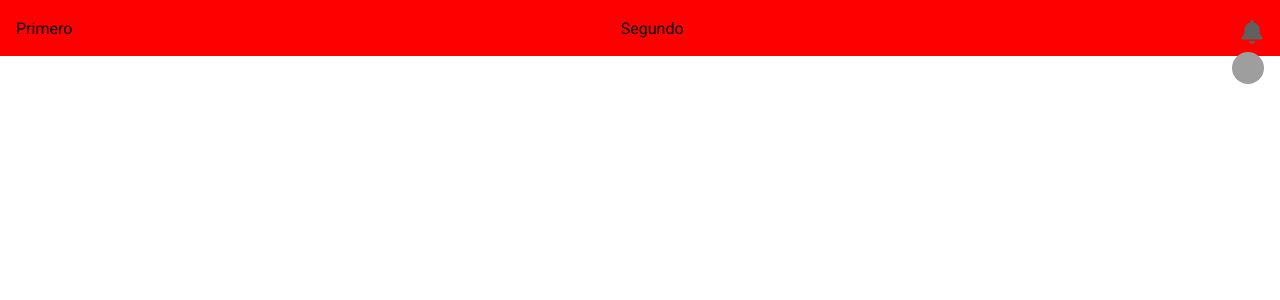
Repository: RobertAries28/ClonYoutube
Page: index.html
An editor plug-in stored every save of this project. The page is shown before and after the next save, followed by the edit.
The browser window is 1280 px wide. The pictures show the whole page.
Pictures or frames that could not be fetched are drawn as grey boxes. Some web libraries are served in a nearby version.

Above is the page before, as saved 2021-08-28 11:03:45.

### index.html
<!DOCTYPE html>
<html lang="en">
<head>
    <meta charset="UTF-8">
    <meta http-equiv="X-UA-Compatible" content="IE=edge">
    <meta name="viewport" content="width=device-width, initial-scale=1.0">
    <link rel="stylesheet" href="style.css">
    <link rel="stylesheet" href="https://use.fontawesome.com/releases/v5.8.1/css/all.css" integrity="sha384-50oBUHEmvpQ+1lW4y57PTFmhCaXp0ML5d60M1M7uH2+nqUivzIebhndOJK28anvf" crossorigin="anonymous">


    <title>Document</title>
</head>
<body>
   <header class="main-header">
       <div>Primero</div>
       <div>Segundo</div>
       <div>
           <div class="user-avatar">
               <button class=" action-button fas fa-bell"></button>
               <img class="image" src="https://i.pinimg.com/280x280_RS/7d/d0/f4/7dd0f465ad261b24bc09a1508da78cc1.jpg" alt="">
           </div>
       </div>
   </header>
</body>
</html>

### style.css

@import url('https://fonts.googleapis.com/css2?family=Roboto:wght@400;500&display=swap');

*{
    margin:  0;
    padding: 0;
    box-sizing: border-box;
}

 /* variables globales */

:root{
    /* colores*/
    --accent-color: #ff0000;
    --grey-color: #909090;
    --grey-color-alt: #CCC;
    --border-color: rgba(0,0,0,0.1);

    /*colores de fondo*/
    --bg-color: #fff;
     --bgcolor-alt: #f9f9f9;
     --bg-color-active: #e5e5e5;

     /*colores de texto*/

     --text-color: #030303;
     --text-color-alt: #606060;
     --text-color-white: #fff;

  /* fuentes */
     --body-font : 'Roboto',sans-serif;


     /* Tamaño de texto*/
--big-font-size: 1.125rem;
--normal-font-size: 1rem;
--small-font-size: 0.875rem;
--smaller-font-size: 0.75rem;
--font-bold: 500;

/* otros*/
  --header-height: 56px;
  --z-tooltip: 25;
  --z-fixed: 100;
}



body{
    font-family: var(--body-font);
}

h1,h2,h3,h4,h5,h6,b{
    font-weight: var(--font-bold);
}

button{

}

img{
    width: 100%;
}

/******------cabecera principal -----***/

.main-header{
    height: var(--header-height);
    background: red;
    display: flex;
    justify-content: space-between;
    padding: 0 1rem;
    align-items: center;
    position: fixed;
    width: 100%;
    left: 0;
    top: 0;
    z-index: var(--z-fixed);

}



/*----Avatar del usuario----*/
.user-avatar{
    --size: 2rem;
    width:  var(--size);
    height: var(--size);
    cursor: pointer;
    flex: none;
}

.user-avatar .image{
    width: 100%;
    height: 100%;
    object-fit: cover;
    border-radius: 50%;
}


/* Botones de accion **/
.action-button{
    --size: 2.5rem;
    height: var(--size);
    width: var(--size);
    border-radius: 50%;
    border: 1px solid transparent;
    background: none;
}

.action-button::before{
    color: var(--text-color-alt);
    font-size: 1.5rem;
}

.action-button:active{
    background-color: var(--bg-color-active) ;
}

After the next save:
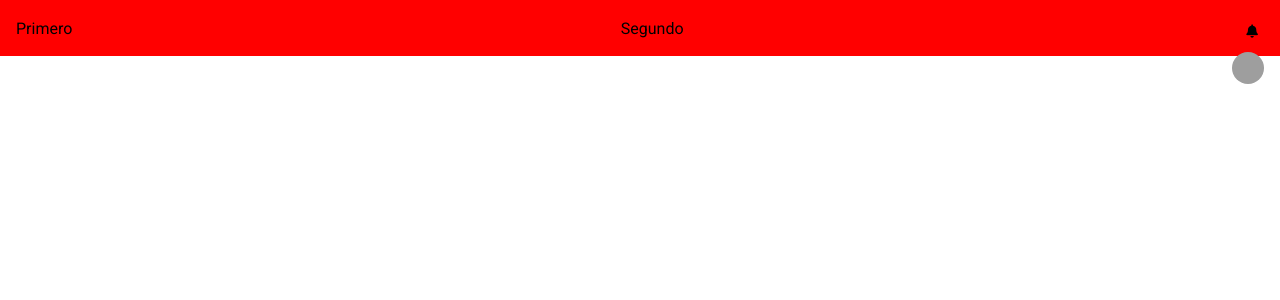
Saved 12 min 36 s later.
--- a/style.css
+++ b/style.css
@@ -106,7 +106,7 @@
     border-radius: 50%;
     border: 1px solid transparent;
     background: none;
-}
+    transition: border-color 0.25s;
 
 .action-button::before{
     color: var(--text-color-alt);
@@ -115,4 +115,5 @@
 
 .action-button:active{
     background-color: var(--bg-color-active) ;
+    border-color: 1px solid var(--bg-color-active);
 }

After the save that followed:
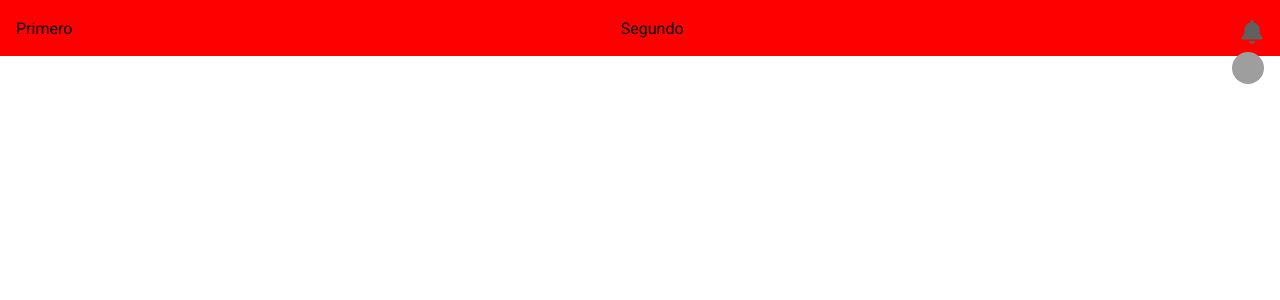
Saved 33 s later.
--- a/style.css
+++ b/style.css
@@ -107,7 +107,7 @@
     border: 1px solid transparent;
     background: none;
     transition: border-color 0.25s;
-
+}
 .action-button::before{
     color: var(--text-color-alt);
     font-size: 1.5rem;
